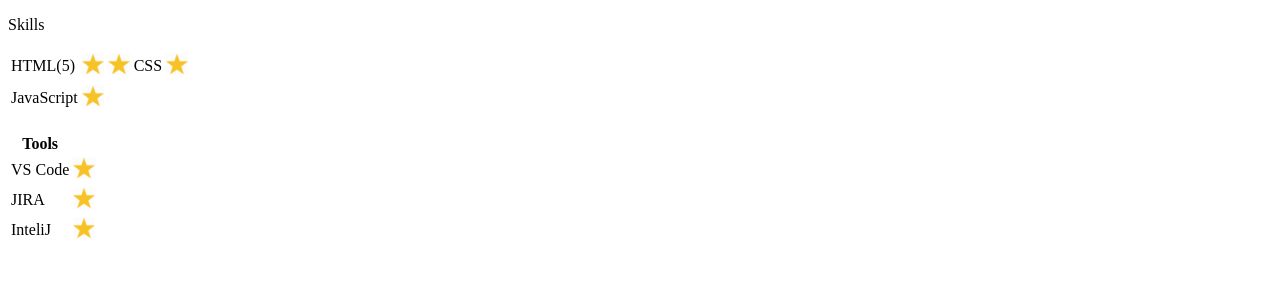
Repository: ew-code/Web-Development
Page: HTML - Personal Site/abilities.html
The author's editor kept a copy of each file at every save. The page is drawn from the files as they stood at one save, then again after a run of saves.
The browser window is 1280 px wide. The pictures show the whole page.

Above is the page before, as saved 2021-01-03 17:06:49.

After the next 3 saves:
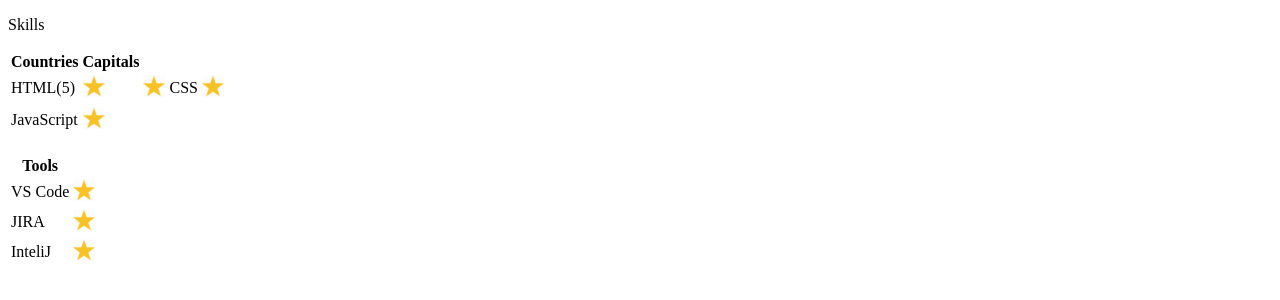
The 3 saves are shown as one change because they came seconds apart.
The last was saved 19 s later.
--- a/HTML - Personal Site/abilities.html
+++ b/HTML - Personal Site/abilities.html
@@ -13,8 +13,9 @@
   <p>Skills</p>
   <table>
     <colgroup span="2"></colgroup>
-
-    <tbody>
+    <tr>
+    <th>Countries</th>
+    <th>Capitals</th>
       <tr>
         <td> HTML(5)</td>
         <td><img src="images\star.png" alt="yellow star"></td>
